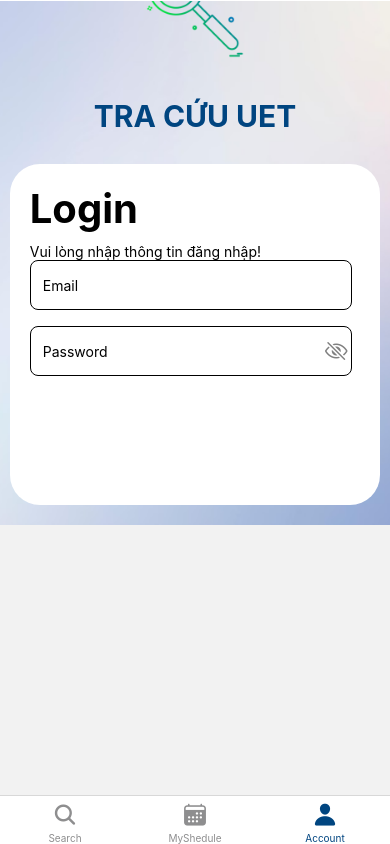
Repository: nguyenkhackien/Student-Progress-Tracker-
Screen: /Account (app in MyApp/)
An editor plug-in stored every save of this project. The screen is shown before and after the next save, followed by the edit.
The app was drawn by React Native's web renderer in a window 390 px wide. The project was rebuilt for these pictures with package versions that can differ from the ones it lists, and the page was loaded fresh each time. Also part of the build but not shown: MyApp/src/components/MyScheduleScreen.js.

Above is the screen before, as saved 2024-07-21 22:12:59.

### MyApp/App.js
import { createBottomTabNavigator } from "@react-navigation/bottom-tabs"
import { StatusBar } from "react-native"
import { Platform, SafeAreaView, StyleSheet, Text, View } from "react-native"
import AccountScreen from "./src/components/AccountScreen"
import MyScheduleScreen from "./src/components/MyScheduleScreen"
import SearchScreen from "./src/components/SearchSreen"
import { NavigationContainer } from "@react-navigation/native"
import { primaryColor } from "./src/Constants/Color"
import { Ionicons } from "@expo/vector-icons"

const Tab = createBottomTabNavigator()
const screenOptions = {
    headerShown: false,
    tabBarActiveTintColor: primaryColor,
}
export default function App() {
    return (
        <SafeAreaView style={styles.root}>
            <NavigationContainer>
                <Tab.Navigator screenOptions={screenOptions}>
                    <Tab.Screen
                        name="Search"
                        component={SearchScreen}
                        options={{
                            tabBarIcon: ({ focus, color, size }) => {
                                return (
                                    <Ionicons
                                        name={"search"}
                                        size={size}
                                        color={color}
                                    />
                                )
                            },
                        }}
                    />
                    <Tab.Screen
                        name="MyShedule"
                        component={MyScheduleScreen}
                        options={{
                            tabBarIcon: ({ focus, color, size }) => {
                                return (
                                    <Ionicons
                                        name={"calendar"}
                                        size={size}
                                        color={color}
                                    />
                                )
                            },
                        }}
                    />
                    <Tab.Screen
                        name="Account"
                        component={AccountScreen}
                        options={{
                            tabBarIcon: ({ focus, color, size }) => {
                                return (
                                    <Ionicons
                                        name={"person"}
                                        size={size}
                                        color={color}
                                    />
                                )
                            },
                        }}
                    />
                </Tab.Navigator>
            </NavigationContainer>
        </SafeAreaView>
    )
}
const styles = StyleSheet.create({
    root: {
        flex: 1,
        paddingTop: Platform.OS === "android" ? StatusBar.currentHeight : 1,
    },

})

### MyApp/src/components/AccountScreen.js
import { StyleSheet, Text, View } from "react-native"
import LoginScreen from "./LoginScreen"
export default function AccountScreen() {
    return (
        <LoginScreen/>
    )
}
const style = StyleSheet.create({

})

### MyApp/src/components/SearchSreen.js
import { StyleSheet, Text, View } from "react-native"

export default function SearchScreen() {
    return (
        <View>
            <Text> Search screen</Text>
        </View>
    )
}

### MyApp/src/Constants/Color.js
export const primaryColor = "#004580"

### MyApp/src/components/LoginScreen.js
import React, { useState } from "react"
import {
    View,
    Text,
    Image,
    TextInput,
    TouchableOpacity,
    ImageBackground,
} from "react-native"
import { Ionicons } from "@expo/vector-icons"
import { primaryColor } from "../Constants/Color"

const LoginScreen = () => {
    const [Email, setEmail] = useState("")
    const [password, setPassword] = useState("")
    const [passwordVisible, setPasswordVisible] = useState(false)

    const togglePasswordVisibility = () => {
        setPasswordVisible(!passwordVisible)
    }

    return (
        <View>
            <ImageBackground
                source={require("../../assets/bgc.png")}
                style={{ width: "100%", height: "100%" }}
            >
                <View style={styles.container}>
                    <Image
                        source={require("../../assets/logo.png")}
                        style={styles.logoIcon}
                    />
                    <Text style={styles.title}>TRA CỨU UET</Text>
                    <View style={styles.loginContainer}>
                        <Text style={{fontSize:40,color:'black',fontWeight:'bold',marginBottom:10}}>Login</Text>

                        <Text style>Vui lòng nhập thông tin đăng nhập!</Text>
                        <View style={styles.inputContainer}>
                            <TextInput
                                style={styles.input}
                                onChangeText={setEmail}
                                value={Email}
                                placeholder="Email"
                            />
                        </View>
                        <View style={styles.inputContainer}>
                            <TextInput
                                style={styles.input}
                                onChangeText={setPassword}
                                value={password}
                                placeholder="Password"
                                secureTextEntry={!passwordVisible}
                            />
                            <TouchableOpacity
                                onPress={togglePasswordVisibility}
                                style={styles.eyeIcon}
                            >
                                <Ionicons
                                    name={
                                        passwordVisible
                                            ? "eye-outline"
                                            : "eye-off-outline"
                                    }
                                    size={24}
                                    color="grey"
                                />
                            </TouchableOpacity>
                        </View>
                    </View>
                </View>
            </ImageBackground>
        </View>
    )
}

const styles = {
    container: {
        flex: 1,
        justifyContent:"flex-end",
        alignItems: "center",
    },
    title: {
        fontSize: 30,
        fontWeight: "bold",
        marginBottom: 30,
        color: primaryColor,
    },
    logoIcon: {
        width: 150,
        height: 150,
        marginVertical: 20,
    },
    loginContainer: {
        width: "95%",
        height: "65%",
        padding: 20,
        marginBottom:20,
        backgroundColor: "white",
        borderRadius: 30,
    },
    inputContainer: {
        flexDirection: "row",
        alignItems: "center",
        marginBottom: 16,
    },
    input: {
        flex: 1,
        height: 50,
        borderWidth: 1,
        borderRadius: 8,
        paddingHorizontal: 12,
        marginRight: 8,
    },
    phoneIcon: {
        position: "absolute",
        right: 12,
    },
    eyeIcon: {
        position: "absolute",
        right: 12,
    },
}

export default LoginScreen

After the next save:
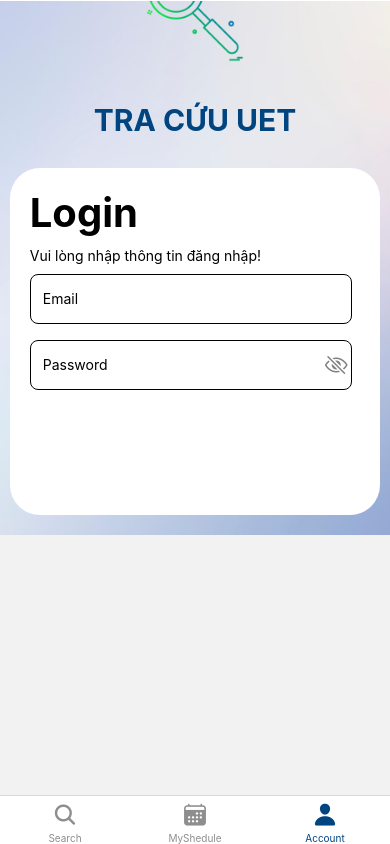
Saved 6 s later.
--- a/MyApp/src/components/LoginScreen.js
+++ b/MyApp/src/components/LoginScreen.js
@@ -34,7 +34,7 @@ const LoginScreen = () => {
                     <View style={styles.loginContainer}>
                         <Text style={{fontSize:40,color:'black',fontWeight:'bold',marginBottom:10}}>Login</Text>
 
-                        <Text style>Vui lòng nhập thông tin đăng nhập!</Text>
+                        <Text style={{marginBottom:10}}>Vui lòng nhập thông tin đăng nhập!</Text>
                         <View style={styles.inputContainer}>
                             <TextInput
                                 style={styles.input}
